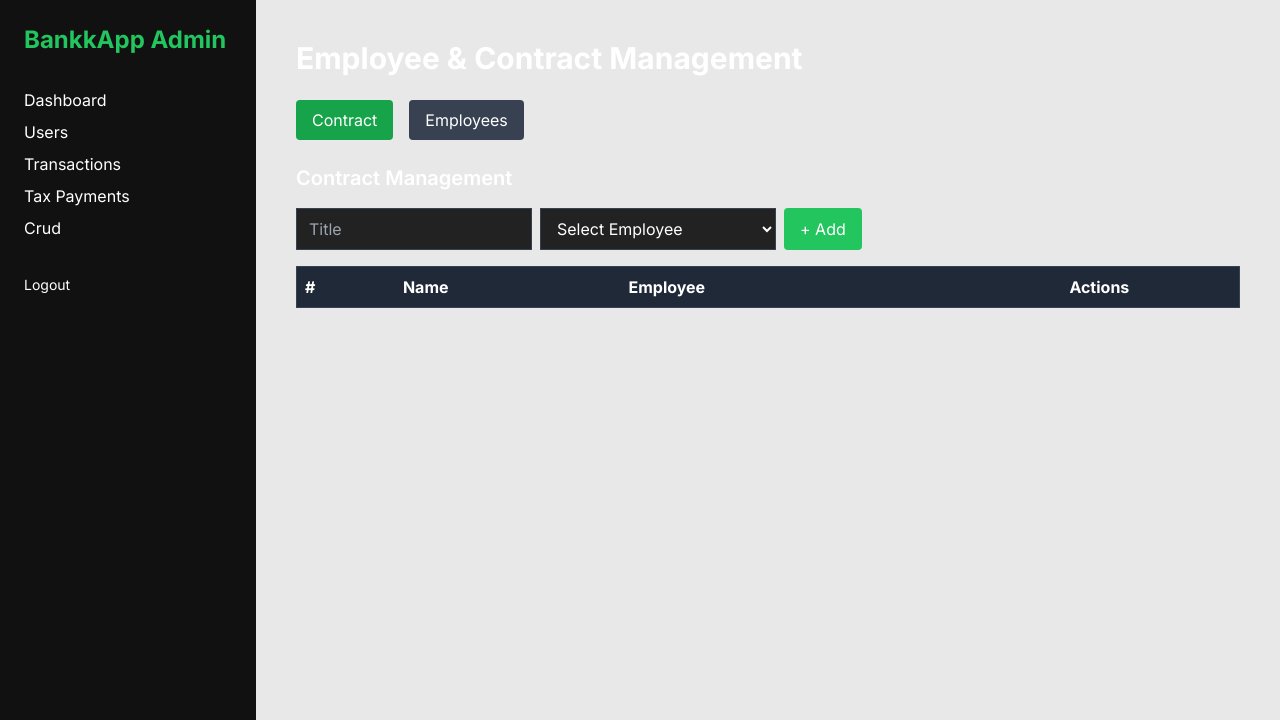
Repository: EraGashii/bnk_team
Page: /admin/crud (app in bnk/)
The author's editor kept a copy of each file at every save. The page is drawn from the files as they stood at one save, then again after a run of saves.
The browser window is 1280 px wide. The pictures show the whole page.
The page's requests for data from a server got no answer. The project was rebuilt for these pictures with package versions that can differ from the ones it lists, and the page was loaded fresh each time. The framework's server and built-in components were replaced by stand-ins that run in the browser. No one was signed in, and anything a server would have sent is missing. Also part of the build but not shown: bnk/next.config.mjs.

Above is the page before, as saved 2025-05-07 22:48:42.

### bnk/app/admin/crud/page.tsx
"use client";

import React, { useState, useEffect, ChangeEvent } from "react";
import {
    fetchContract,
  fetchEmployee,
  addContract,
 deleteContract,
  addEmployee,
  updateEmployee,
 deleteEmployee,
} from "../../../CrudApi";
import { FiEdit, FiTrash2 } from "react-icons/fi";
import Link from "next/link";

interface Employee {
    EmployeeId: number;
     Name: string;
    Surname: string;
}

interface Contract {
    Id: number;
    Title:string;
    Description:string;
   EmployeeId: number;
  Employee?:Employee;
}

const EmployeeContractManager: React.FC = () => {
  const [tab, setTab] = useState<"Contract" | "Employees">("Contract");
  const [Employees, setEmployees] = useState<Employee[]>([]);
  const [Contract, setContract] = useState<Contract[]>([]);
  const [ContractData, setContractData] = useState({  Title:"", Description:"", EmployeeId: "" });
  const [Name, setName] = useState<string>("");
  const [Surname, setSurname] = useState<string>("");

  const [editEmployee, setEditEmployee] = useState<Employee | null>(null);

  useEffect(() => {
    loadEmployees();
    loadContract();
  }, []);

  const loadEmployees = async () => {
    const data = await fetchEmployee();
    setEmployees(data);
  };

  const loadContract = async () => {
    const data = await fetchContract();
    setContract(data);
  };

  const handleContractInput = (e: ChangeEvent<HTMLInputElement | HTMLSelectElement>) => {
    setContractData({ ...ContractData, [e.target.name]: e.target.value });
  };

  const handleAddContract = async () => {
    const fixedData = {
        ...ContractData,
        EmployeeId:Number(ContractData.EmployeeId), // convert to number
      };
    await addContract(fixedData);
    setContractData({ Description:"",Title:"", EmployeeId: "" });
    loadContract();
  };


  const handleDeleteContract = async(id:number) => {
   await deleteContract(id);
    loadContract();
  };

  const handleAddEmployee = async () => {
    if (!Name.trim()) return alert("Employee name is required");
    await addEmployee( Name,Surname);
    setName("");
    setSurname("");
    loadEmployees();
  };

  const handleUpdateEmployee = async () => {
    if (editEmployee) {
      await updateEmployee(editEmployee.EmployeeId,Name,Surname);
      setEditEmployee(null);
      setName("");
      setSurname("");
      loadEmployees();
    }
  };

  const handleDeleteEmployee = async (id:number) => {
    if (window.confirm("Are you sure you want to delete this Employee?")) {
        await  deleteEmployee(id);
      loadEmployees();
    }
  };

  return (
    <div className="flex min-h-screen bg-background text-white">
      {/* Sidebar */}
      <aside className="w-64 bg-[#111] text-white p-6 space-y-8">
        <h2 className="text-2xl font-bold text-green-500">BankkApp Admin</h2>
        <nav className="space-y-2">
          <Link href="/dashboard" className="block hover:text-green-400">Dashboard</Link>
          <Link href="/users" className="block hover:text-green-400">Users</Link>
          <Link href="/transactions" className="block hover:text-green-400">Transactions</Link>
          <Link href="/tax-payments" className="block hover:text-green-400">Tax Payments</Link>
          <Link href="/admin/crud" className="block hover:text-green-400">Crud</Link>
        </nav>
        <div className="mt-auto">
          <button className="text-sm hover:text-red-500">Logout</button>
        </div>
      </aside>

      {/* Main Content */}
      <main className="flex-1 p-10">
        <h1 className="text-3xl font-bold mb-6">Employee & Contract Management</h1>
        <div className="flex space-x-4 mb-6">
          <button className={`px-4 py-2 rounded ${tab === "Contract" ? "bg-green-600 text-white" : "bg-gray-700"}`} onClick={() => setTab("Contract")}>Contract</button>
          <button className={`px-4 py-2 rounded ${tab === "Employees" ? "bg-green-600 text-white" : "bg-gray-700"}`} onClick={() => setTab("Employees")}>Employees</button>
        </div>

        {tab === "Contract" && (
          <div>
            <h2 className="text-xl font-semibold mb-4">Contract Management</h2>
            <div className="flex gap-2 mb-4">
              <input type="text" name="Title" placeholder="Title" value={ContractData.Title} onChange={handleContractInput} className="bg-[#222] text-white border border-gray-700 px-3 py-2 w-1/4" />
              <select name="EmployeeId" value={ContractData.EmployeeId} onChange={handleContractInput} className="bg-[#222] text-white border border-gray-700 px-3 py-2 w-1/4">
                <option value="">Select Employee</option>
                {Employees.map((t) => <option key={t.EmployeeId} value={t.EmployeeId}>{t.Name}</option>)}
              </select>
              <button onClick={handleAddContract} className="bg-green-500 text-white px-4 rounded">+ Add</button>
            </div>

            <table className="min-w-full border border-gray-700">
              <thead className="bg-gray-800 text-white">
                <tr>
                  <th className="p-2 text-left">#</th>

                  <th className="p-2 text-left"> Name</th>

                  <th className="p-2 text-left">Employee</th>
                  <th className="p-2 text-center">Actions</th>
                </tr>
              </thead>
              <tbody className="bg-[#111]">
                {Contract.map((p, i) => (
                  <tr key={p.Id} className="border-t border-gray-700">
                    <td className="p-2">{i + 1}</td>
                    <td className="p-2">{p.Name}</td>

                    <td className="p-2">{p.Employee?.Name ||"N/A"}</td>
                    <td className="p-2">{p.Employee?.Type ||"N/A"}</td>
                    <td className="p-2 text-center">
                      <button className="text-red-500 hover:text-red-600" onClick={() => handleDeleteContract(p.Id)}>
                        <FiTrash2 size={18} />
                      </button>
                    </td>
                  </tr>
                ))}
              </tbody>
            </table>
          </div>
        )}

        {tab === "Employees" && (
          <div>
            <h2 className="text-xl font-semibold mb-4">Employees Management</h2>
            <div className="flex mb-4">
              <input
                type="text"
                className="bg-[#222] text-white border border-gray-700 px-3 py-2 mr-2 w-full"
                placeholder="Enter Employee name"
                value={Name}
                onChange={(e) => setName(e.target.value)}
              />
                 <input
                type="text"
                className="bg-[#222] text-white border border-gray-700 px-3 py-2 mr-2 w-full"
                placeholder="Enter Employee name"
                value={Type}
                onChange={(e) => setType(e.target.value)}
              />


              {editEmployee ? (
                <button className="bg-yellow-500 text-white px-4 rounded" onClick={handleUpdateEmployee}>Update</button>
              ) : (
                <button className="bg-green-500 text-white px-4 rounded" onClick={handleAddEmployee}>Add</button>
              )}
            </div>

            <table className="min-w-full border border-gray-700">
              <thead className="bg-gray-800 text-white">
                <tr>
                  <th className="p-2 text-left">#</th>
                  <th className="p-2 text-left">Employee Name</th>
                  <th className="p-2 text-left">EmployeeType</th>
                  <th className="p-2 text-center">Actions</th>
                </tr>
              </thead>
              <tbody className="bg-[#111]">
                {Employees.map((Employee,i) => (
                  <tr key={Employee.EmployeeId} className="border-t border-gray-700">
                    <td className="p-2">{i + 1}</td>
                    <td className="p-2">{Employee.Name}</td>
                    <td className="p-2">{Employee.Type}</td>

                    <td className="p-2 text-center space-x-3">
                      <button className="text-yellow-500 hover:text-yellow-600" onClick={() => { setEditEmployee(Employee);setName(Employee.Name);
    setType(Employee.Type);}}>
                        <FiEdit size={18} />
                      </button>
                      <button className="text-red-500 hover:text-red-600" onClick={() => handleDeleteEmployee(Employee.EmployeeId)}>
                        <FiTrash2 size={18} />
                      </button>
                    </td>
                  </tr>
                ))}
              </tbody>
            </table>
          </div>
        )}
      </main>
    </div>
  );
};

export default EmployeeContractManager;

### bnk/app/globals.css
@tailwind base;
@tailwind components;
@tailwind utilities;

body {
  font-family: Arial, Helvetica, sans-serif;
}

@layer utilities {
  .text-balance {
    text-wrap: balance;
  }
}

@layer base {
  :root {
    --background: 0 0% 91%;
    --foreground: 0 0% 5%;
    --card: 0 0% 83%;
    --card-foreground: 0 0% 5%;
    --popover: 0 0% 83%;
    --popover-foreground: 0 0% 5%;
    --primary: 149 96% 65%;
    --primary-foreground: 0 0% 5%;
    --secondary: 179 96% 69%;
    --secondary-foreground: 0 0% 5%;
    --muted: 0 0% 68%;
    --muted-foreground: 0 0% 30%;
    --accent: 119 96% 61%;
    --accent-foreground: 0 0% 5%;
    --destructive: 346 92% 55%;
    --destructive-foreground: 0 0% 100%;
    --border: 0 0% 76%;
    --input: 0 0% 77%;
    --ring: 152 96% 55%;
    --chart-1: 149 96% 55%;
    --chart-2: 299 96% 55%;
    --chart-3: 359 96% 55%;
    --chart-4: 119 96% 55%;
    --chart-5: 179 96% 55%;
    --radius: 0.25rem;
    --sidebar-background: 0 0% 98%;
    --sidebar-foreground: 240 5.3% 26.1%;
    --sidebar-primary: 240 5.9% 10%;
    --sidebar-primary-foreground: 0 0% 98%;
    --sidebar-accent: 240 4.8% 95.9%;
    --sidebar-accent-foreground: 240 5.9% 10%;
    --sidebar-border: 220 13% 91%;
    --sidebar-ring: 217.2 91.2% 59.8%;
  }

  .dark {
    --background: 0 0% 2%;
    --foreground: 0 0% 95%;
    --card: 0 0% 6%;
    --card-foreground: 0 0% 95%;
    --popover: 0 0% 6%;
    --popover-foreground: 0 0% 95%;
    --primary: 149 96% 43%;
    --primary-foreground: 0 0% 5%;
    --secondary: 179 96% 45%;
    --secondary-foreground: 0 0% 5%;
    --muted: 0 0% 32%;
    --muted-foreground: 0 0% 70%;
    --accent: 119 96% 42%;
    --accent-foreground: 0 0% 100%;
    --destructive: 346 92% 36%;
    --destructive-foreground: 0 0% 100%;
    --border: 0 0% 21%;
    --input: 0 0% 16%;
    --ring: 152 96% 55%;
    --chart-1: 149 96% 55%;
    --chart-2: 299 96% 55%;
    --chart-3: 359 96% 55%;
    --chart-4: 119 96% 55%;
    --chart-5: 179 96% 55%;
    --sidebar-background: 240 5.9% 10%;
    --sidebar-foreground: 240 4.8% 95.9%;
    --sidebar-primary: 224.3 76.3% 48%;
    --sidebar-primary-foreground: 0 0% 100%;
    --sidebar-accent: 240 3.7% 15.9%;
    --sidebar-accent-foreground: 240 4.8% 95.9%;
    --sidebar-border: 240 3.7% 15.9%;
    --sidebar-ring: 217.2 91.2% 59.8%;
  }
}

@layer base {
  * {
    @apply border-border;
  }
  body {
    @apply bg-background text-foreground;
  }
}

/* Ngjyra e sfondit bazuar në temën */
body.dark {
  background-color: #000;
  color: white;
}

body.light {
  background-color: #f3f4f6;
  color: black;
}

/* Stili për butonin e temës */
button {
  transition: all 0.3s ease;
}

### bnk/CrudApi.js
import axios from "axios";

const API_URL = "http://localhost:4000/api";

const api = axios.create({ baseURL: API_URL });

// 🧠 TEAM
export const fetchEmployee = async () => (await api.get("/Employee")).data;
export const addEmployee = async (Name,Surname) => api.post("/Employee", { Name:Name ,Surname:Surname});
export const updateEmployee = async (id,Name,Surname) => api.put(`/Employee/${id}`, { Name:Name,Surname:Surname});
export const deleteEmployee = async (id) => api.delete(`/Employee/${id}`);

// 👤 PLAYER
export const fetchContract = async () => (await api.get("/Contract")).data;
export const addContract = async (Contract) => api.post("/Contract", Contract);
export const deleteContract = async (id) => api.delete(`/Contract/${id}`);

Loaded but not shown: bnk/app/layout.tsx (common file); bnk/tailwind.config.ts (common file)

After the next 2 saves:
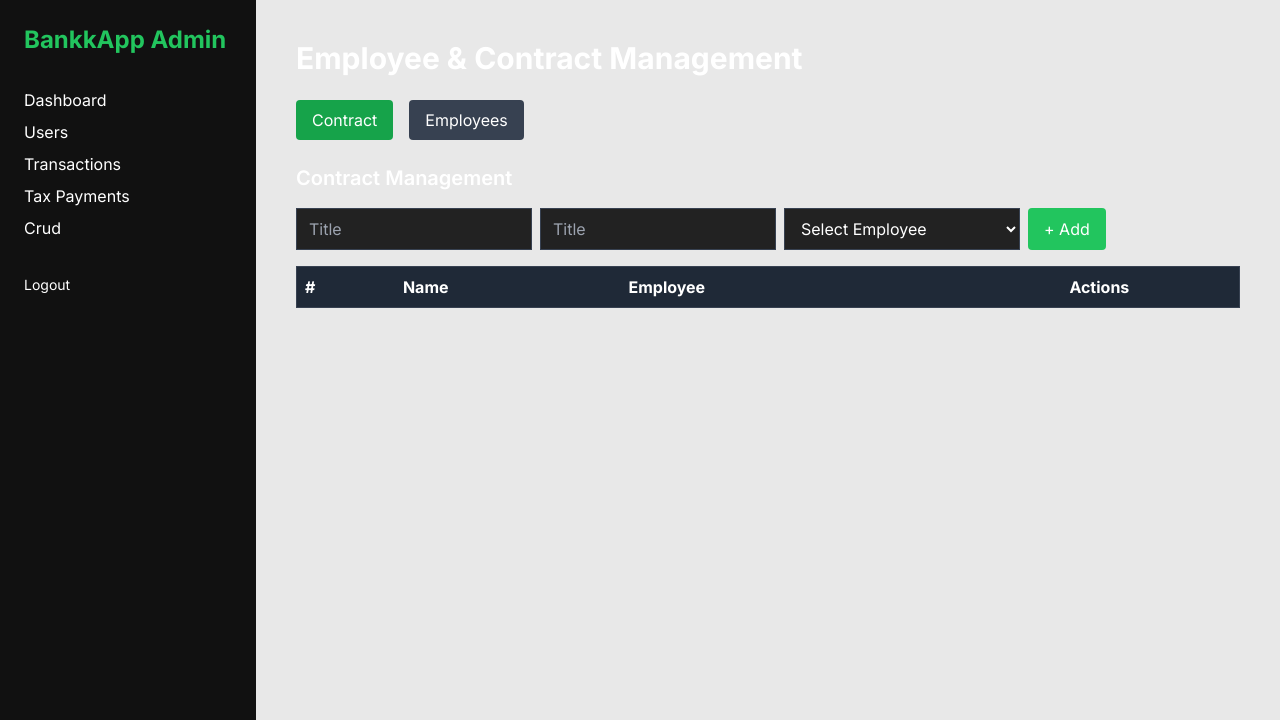
The 2 saves are shown as one change because they came seconds apart.
The last was saved 8 s later.
--- a/bnk/app/admin/crud/page.tsx
+++ b/bnk/app/admin/crud/page.tsx
@@ -126,6 +126,7 @@ const EmployeeContractManager: React.FC = () => {
           <div>
             <h2 className="text-xl font-semibold mb-4">Contract Management</h2>
             <div className="flex gap-2 mb-4">
+              <input type="text" name="Title" placeholder="Title" value={ContractData.Title} onChange={handleContractInput} className="bg-[#222] text-white border border-gray-700 px-3 py-2 w-1/4" />
               <input type="text" name="Title" placeholder="Title" value={ContractData.Title} onChange={handleContractInput} className="bg-[#222] text-white border border-gray-700 px-3 py-2 w-1/4" />
               <select name="EmployeeId" value={ContractData.EmployeeId} onChange={handleContractInput} className="bg-[#222] text-white border border-gray-700 px-3 py-2 w-1/4">
                 <option value="">Select Employee</option>
